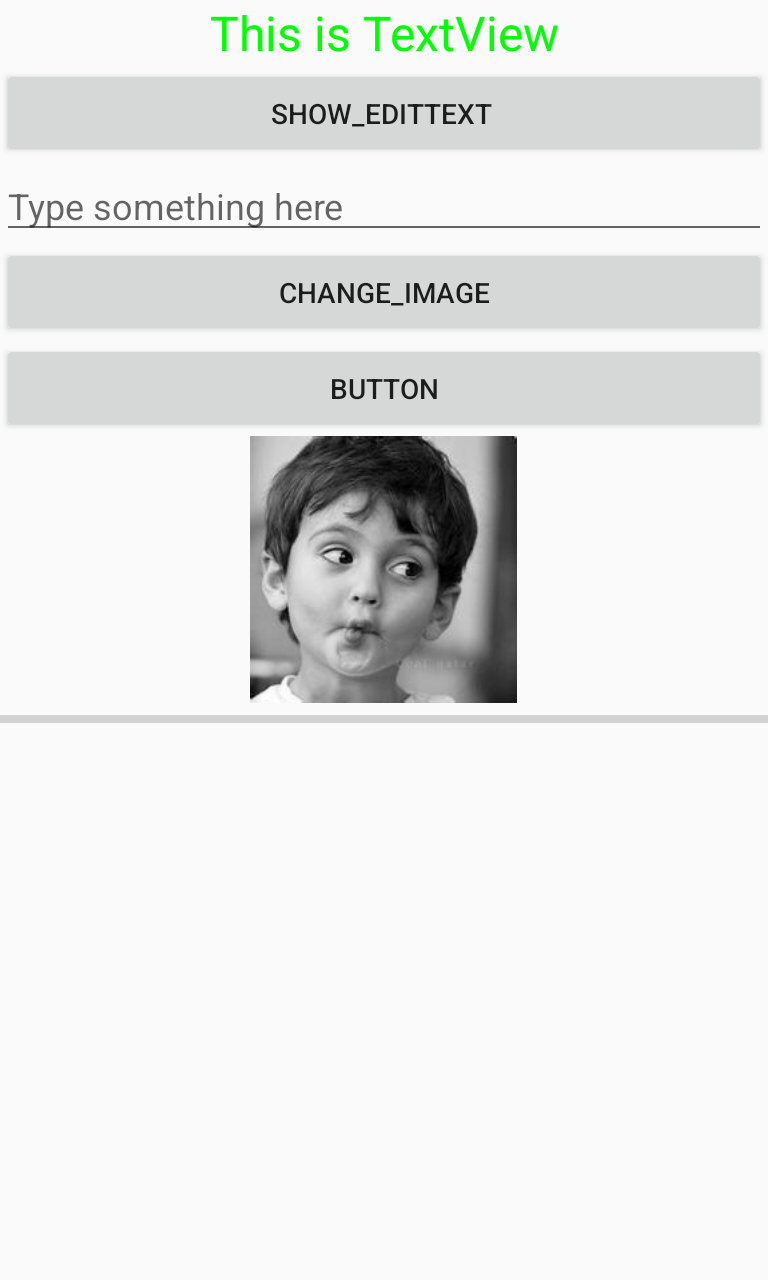
Repository: hohoTT/Android_summarize
Layout: UIWidgeTest/res/layout/activity_main.xml
These files come from the project's save history. The layout is drawn as it stood at one moment and after the next save; the edit follows.
It is drawn on a 768 x 1280 px phone screen (xhdpi) without system bars, with theme AppTheme; the app's code is not run.

Above is the layout before, as saved 2016-02-24 07:03:02.

After the next save:
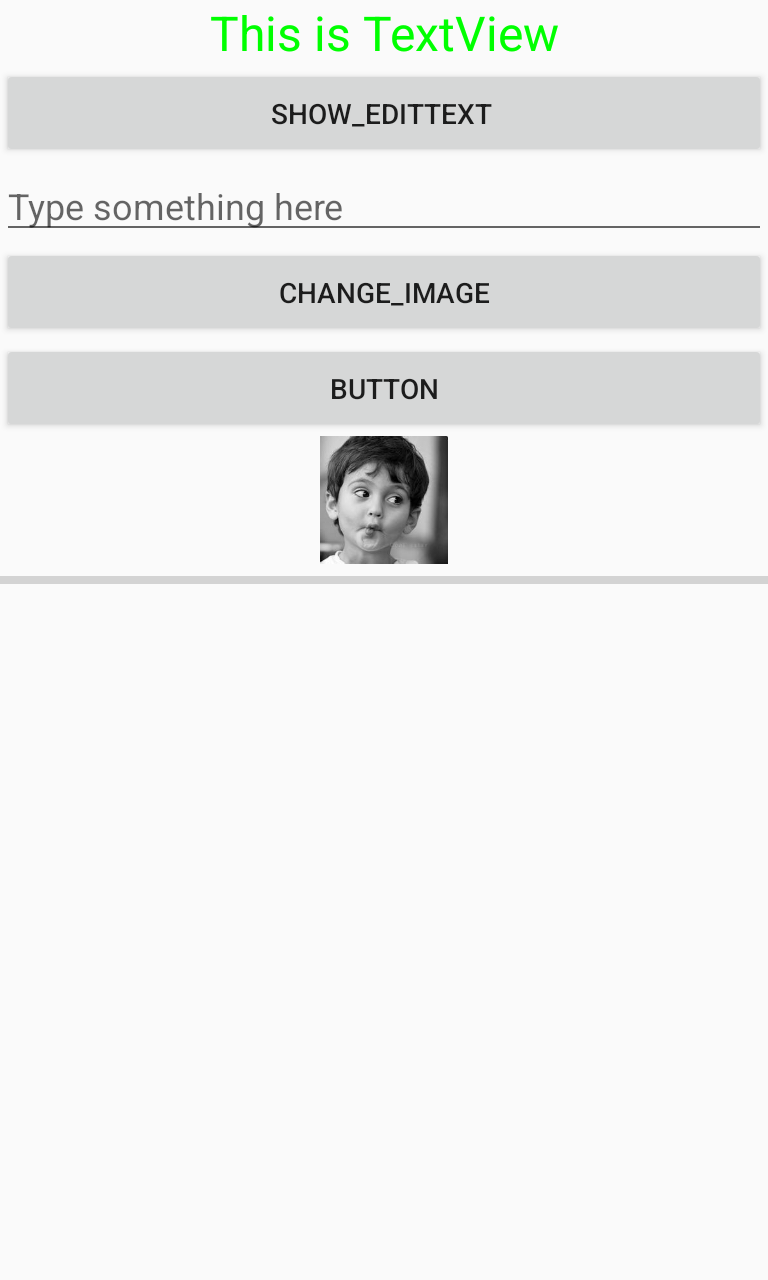
Saved 2 min 12 s later.
--- a/UIWidgeTest/res/layout/activity_main.xml
+++ b/UIWidgeTest/res/layout/activity_main.xml
@@ -39,8 +39,8 @@
 
     <ImageView
         android:id="@+id/image_view"
-        android:layout_width="wrap_content"
-        android:layout_height="wrap_content"
+        android:layout_width="64dip"
+        android:layout_height="64dip"
         android:layout_gravity="center"
         android:src="@drawable/img" />
 
